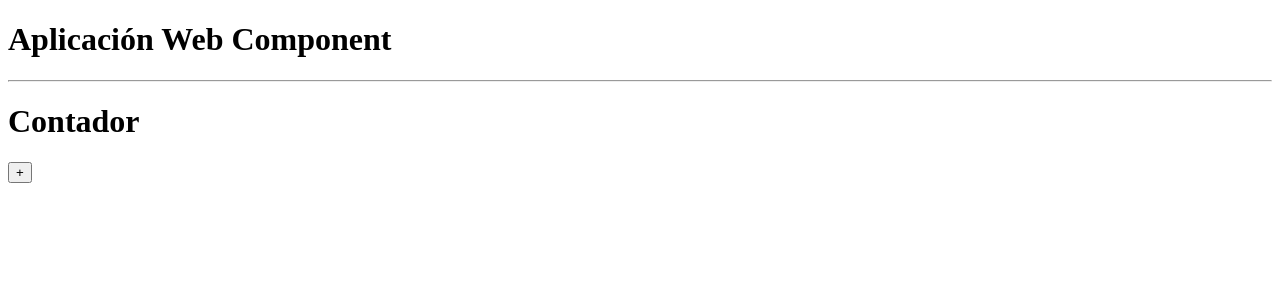
Repository: maxTech2019/Lab-react-C12024
Page: /
The author's editor kept a copy of each file at every save. The page is drawn from the files as they stood at one save, then again after a run of saves.
The browser window is 1280 px wide. The pictures show the whole page.
The project was rebuilt for these pictures with package versions that can differ from the ones it lists, and the page was loaded fresh each time. Also part of the build but not shown: vite.config.js, src/component/Productos.jsx.

Above is the page before, as saved 2024-06-04 17:00:34.

### src/main.jsx
import React from 'react'
import ReactDOM from 'react-dom/client'
import App from './App';


const root = ReactDOM.createRoot(document.getElementById('root'));
root.render(
  <React.StrictMode>
    <App />
  </React.StrictMode>,
)

### src/App.jsx
import { Productos } from "./component/Productos";
import {ContadoruseEffect} from "./component/ContadoruseEffect";

const App = () => {
  return (
    <>
      <h1>Aplicación Web Component</h1>
      <hr />
      {/* <Contador /> */}
      {/* <Productos/> */}
      <ContadoruseEffect />
    </>
  );
}

export default App

### src/component/ContadoruseEffect.jsx

import React from 'react';

export const ContadoruseEffect = () => {
  return (
    <>
        <h1>Contador</h1>
        <button> + </button>
    </>
  )
}

Loaded but not shown: index.html (common file)

After the next 4 saves:
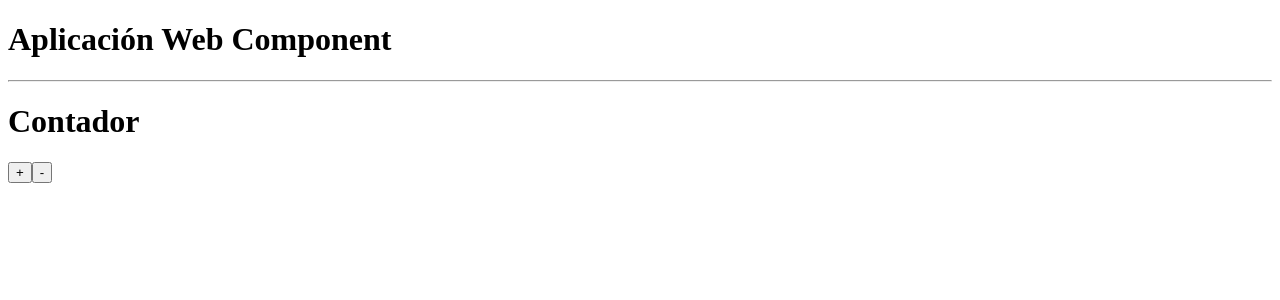
The 4 saves are shown as one change because they came seconds apart.
The last was saved 9 s later.
--- a/src/component/ContadoruseEffect.jsx
+++ b/src/component/ContadoruseEffect.jsx
@@ -6,6 +6,7 @@ export const ContadoruseEffect = () => {
     <>
         <h1>Contador</h1>
         <button> + </button>
+        <button> - </button>
     </>
   )
 }
